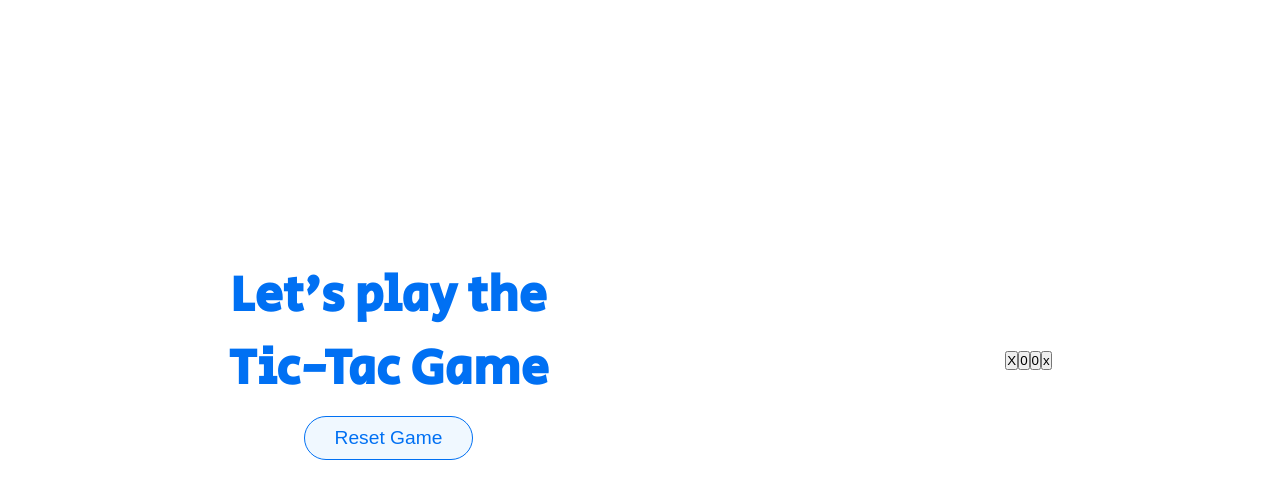
Repository: evergreenx/tic-tac
Page: /
An editor plug-in stored every save of this project. The page is shown before and after a run of saves, followed by the edit.
The browser window is 1280 px wide. The pictures show the whole page.
The project was rebuilt for these pictures with package versions that can differ from the ones it lists, and the page was loaded fresh each time.

Above is the page before, as saved 2022-04-21 04:14:45.

After the next 2 saves:
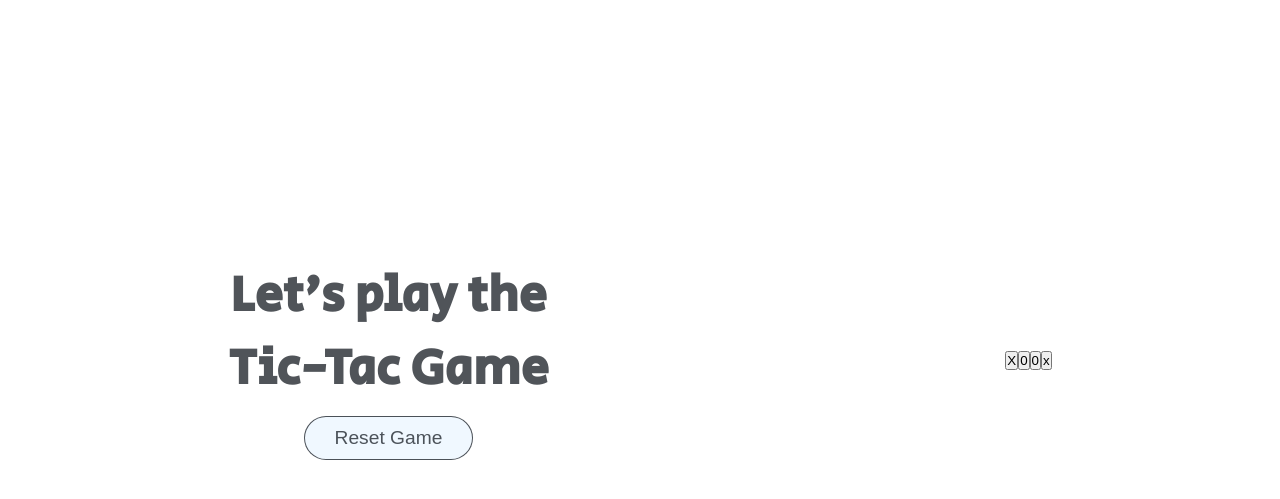
The 2 saves are shown as one change because they came seconds apart.
The last was saved 23 s later.
--- a/src/index.scss
+++ b/src/index.scss
@@ -1,5 +1,5 @@
 
-$primary-color: #0070f3;
+$primary-color: #02070eb0;
 
 @import url("https://fonts.googleapis.com/css2?family=Anton&family=Secular+One&display=swap");
 
